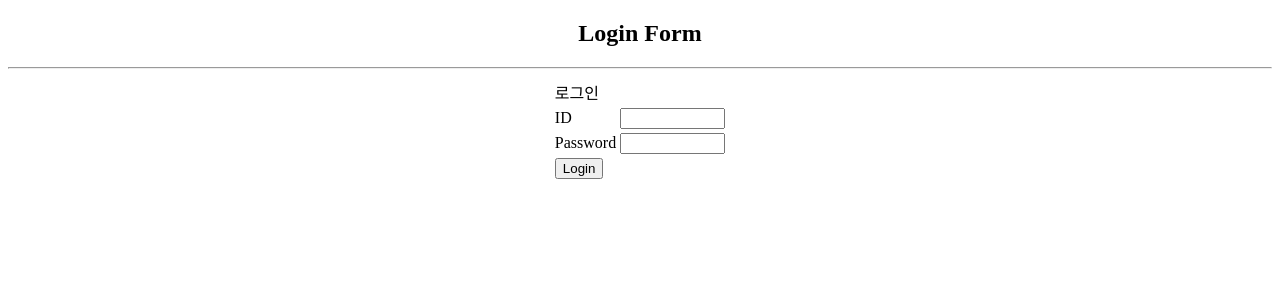
Repository: HyeonbinSa/JSPBook
Page: jspbook/WebContent/ch07/main.html
These files come from the project's save history. The page is drawn as it stood at one moment and after the next save; the edit follows.
The browser window is 1280 px wide. The pictures show the whole page.

Above is the page before, as saved 2020-01-03 08:03:19.

### jspbook/WebContent/ch07/main.html
<!DOCTYPE html>
<html>
<head>
<meta charset="UTF-8">
<title>JSP Beans Example</title>
</head>
<style>
table {
align : center,
border-spacing : 5,
border : 2;
}
td{
padding : 5;
}
</style>
<body>
<div align="center">
<h2>Login Form</h2>
<hr>
<form method="post" action="login.jsp" name="form1">
<table>
	<tr>
		<td colspan=2>로그인</td>
	</tr>
	<tr>
		<td>ID</td>
		<td><input type="text" name="userid" size=10></td>
	</tr>
	<tr>
		<td>Password</td>
		<td><input type="text" name="passwd" size=10></td>
	</tr>
	<tr>
	<td colspan=2><input type="submit" name="Submit" value="Login">
	</td>
	</tr>
</table>
</form>
</div>
</body>
</html>

After the next save:
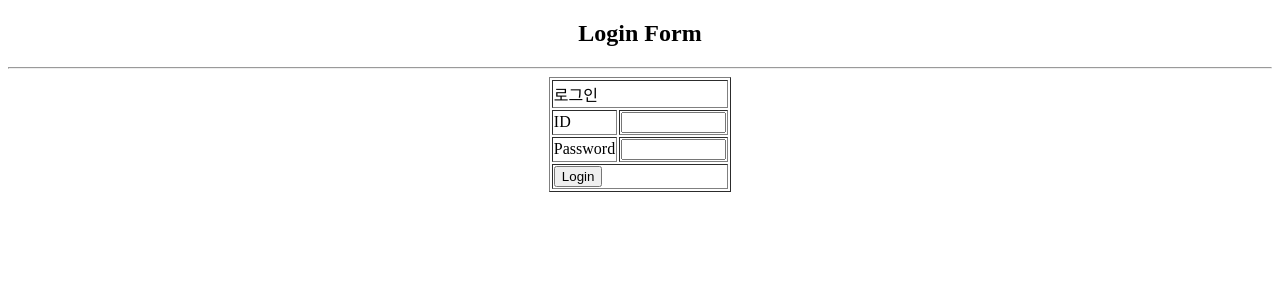
Saved 36 s later.
--- a/jspbook/WebContent/ch07/main.html
+++ b/jspbook/WebContent/ch07/main.html
@@ -7,8 +7,7 @@
 <style>
 table {
 align : center,
-border-spacing : 5,
-border : 2;
+border-spacing : 5;
 }
 td{
 padding : 5;
@@ -19,7 +18,7 @@ padding : 5;
 <h2>Login Form</h2>
 <hr>
 <form method="post" action="login.jsp" name="form1">
-<table>
+<table border=1>
 	<tr>
 		<td colspan=2>로그인</td>
 	</tr>
